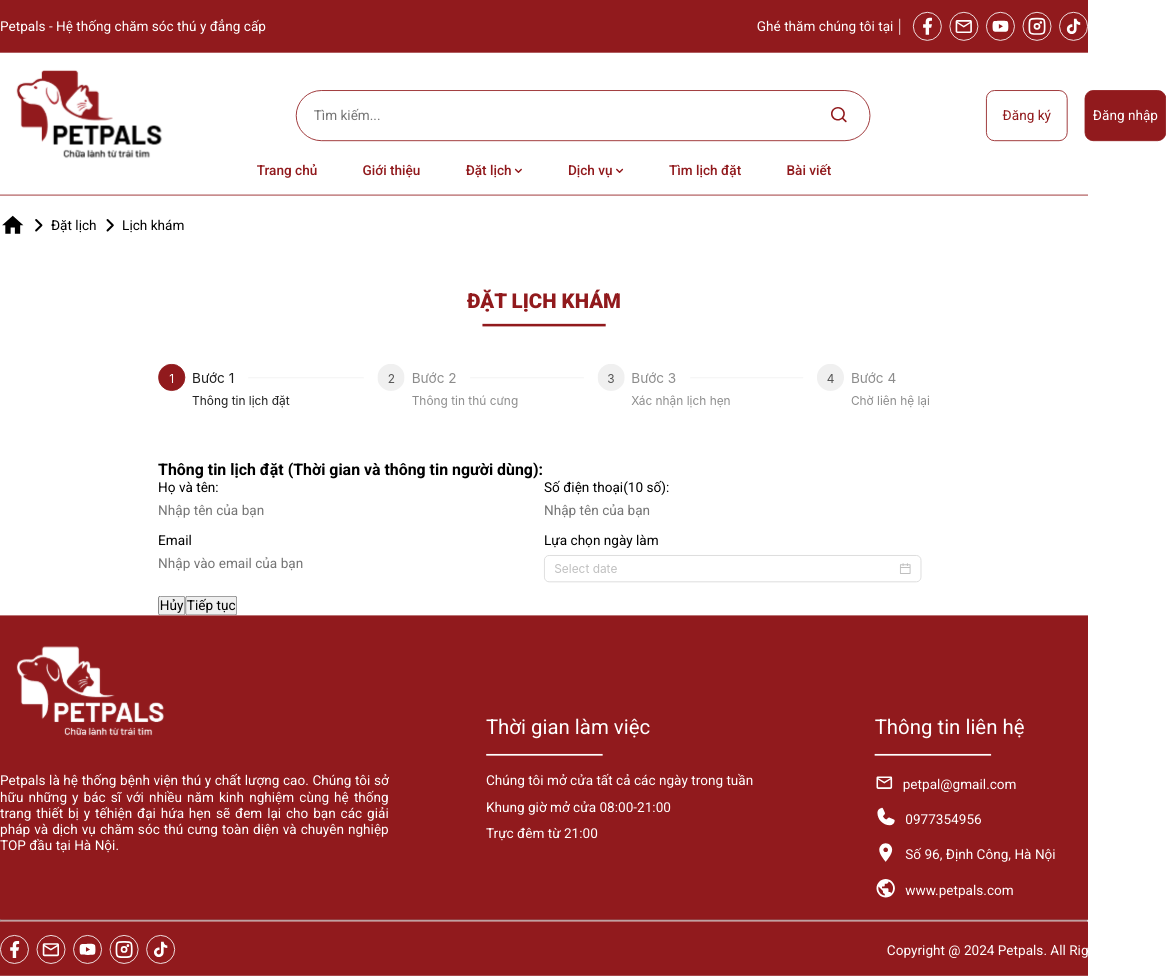
Repository: ahntrung1909/Petpals
Page: /dat-lich/kham-benh (app in petpals-user-main/)
The author's editor kept a copy of each file at every save. The page is drawn from the files as they stood at one save, then again after the next save.
The browser window is 1280 px wide. The page is 1372 px wide, so the pictures cover 1372 px, including what lies to the right of the window. The pictures show the whole page, at 85% of full size.
The project was rebuilt for these pictures with package versions that can differ from the ones it lists, and the page was loaded fresh each time. The framework's server and built-in components were replaced by stand-ins that run in the browser. Also part of the build but not shown: petpals-user-main/next.config.js, petpals-user-main/next.config.mjs.

Above is the page before, as saved 2024-04-10 22:58:10.

After the next save:
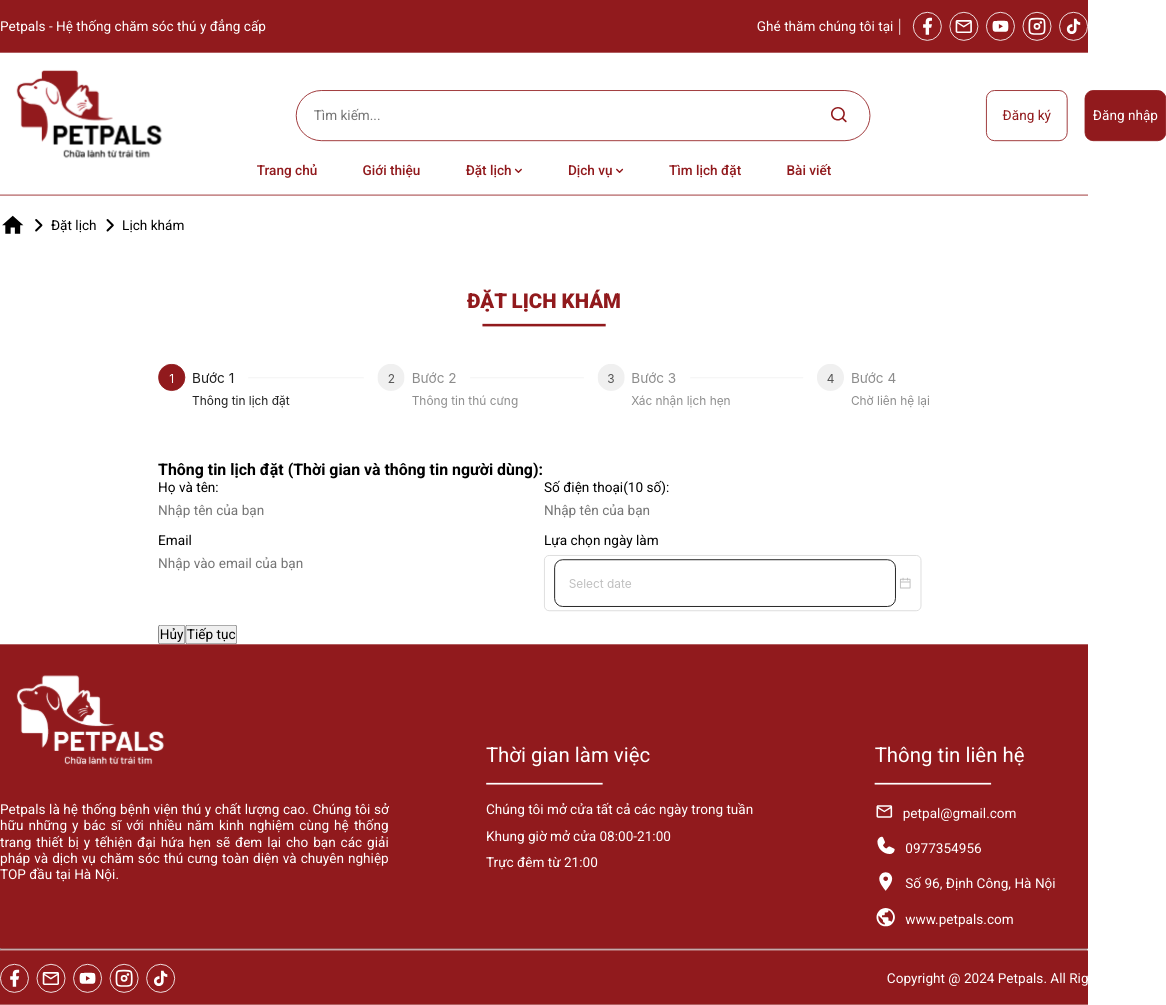
Saved 34 s later.
--- a/petpals-user-main/src/app/dat-lich/kham-benh/style.scss
+++ b/petpals-user-main/src/app/dat-lich/kham-benh/style.scss
@@ -26,6 +26,14 @@
     input {
       width: 100%;
     }
+    div:not(.date-time-picker) {
+      input {
+        height: 56px;
+        border: 1px solid black;
+        padding-left: 16px;
+        border-radius: 10px;
+      }
+    }
     input:has(.date-time-picker) {
       height: 56px;
       border: 1px solid black;
